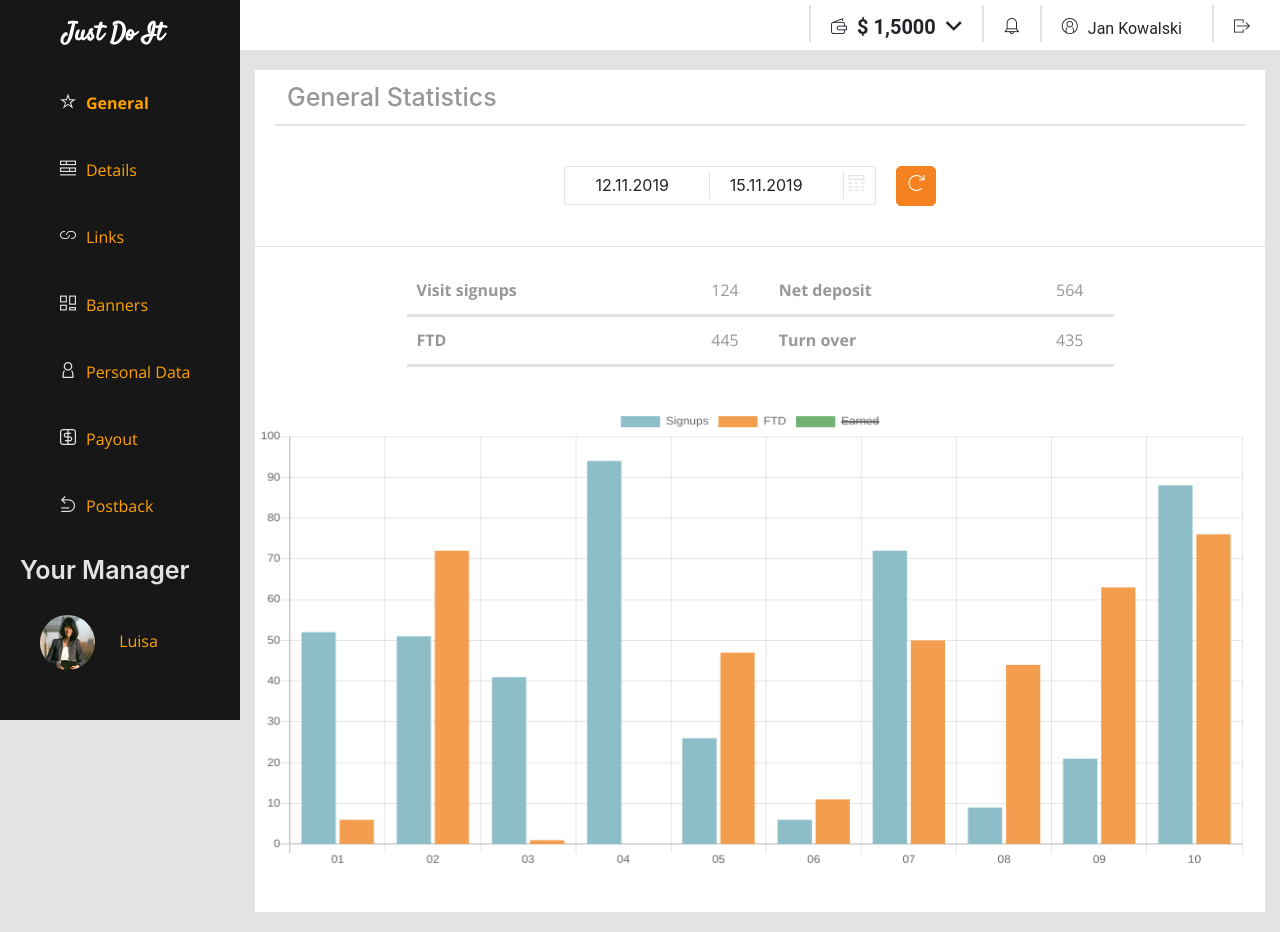
Repository: OllaWilk/wwwJustDoIt
Page: index.html
These files come from the project's save history. The page is drawn as it stood at one moment and after the next save; the edit follows.
The browser window is 1280 px wide. The pictures show the whole page.
Some web libraries are served in a nearby version. The style sheet was rebuilt from its Sass, Less or Tailwind sources for each picture, by a compiler version that may differ from the author's.

Above is the page before, as saved 2019-12-31 13:24:04.

After the next save:
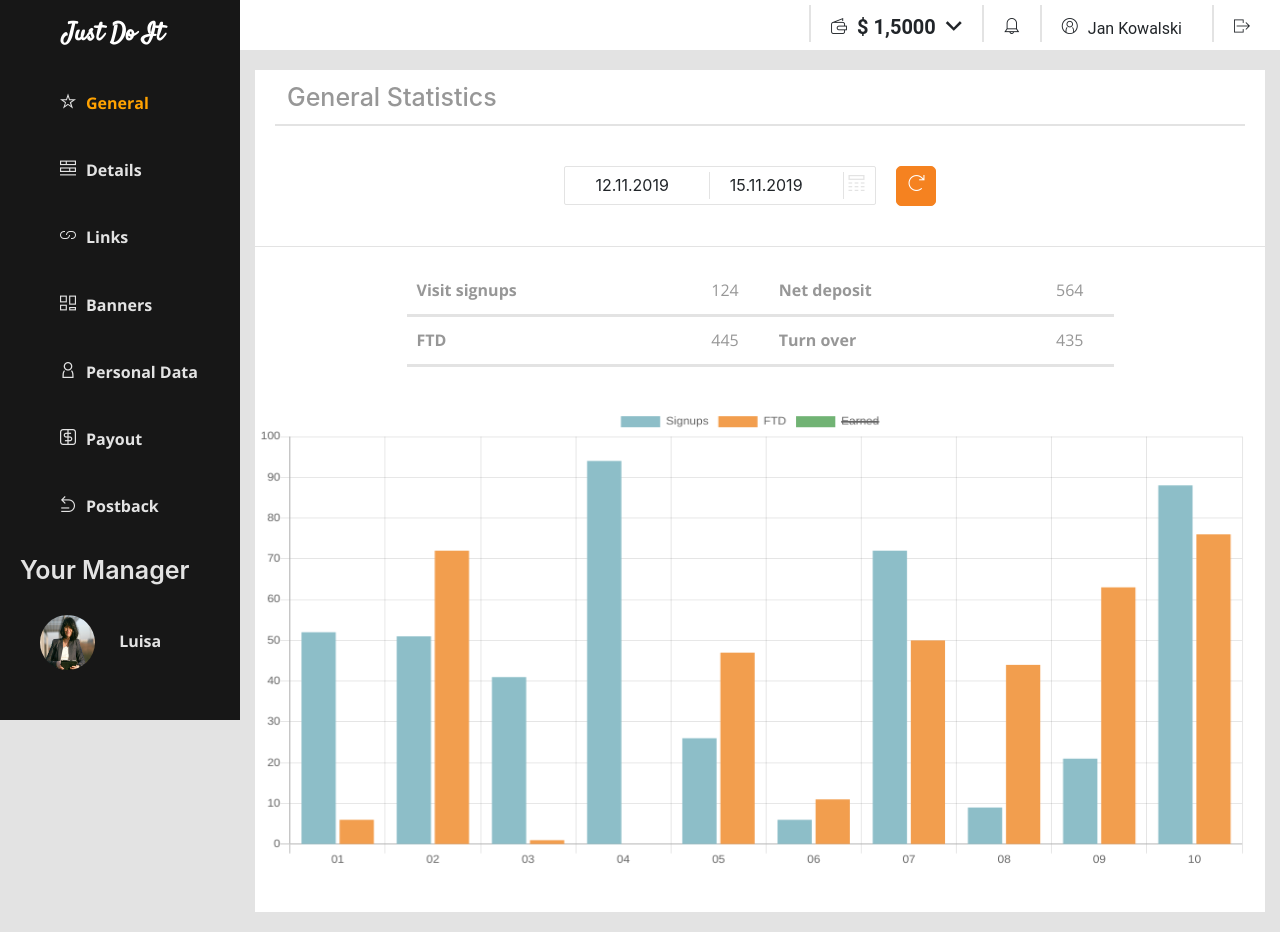
Saved 16 s later.
--- a/sass/sections/_leftNavigtation.scss
+++ b/sass/sections/_leftNavigtation.scss
@@ -48,7 +48,8 @@
     font-size: 16px;
     margin: 0 10px;
     text-decoration: none;
-    color: $color-buttonOrangeLight;
+    font-weight: bold;
+
     &:hover {
         color: $color-background;
         text-decoration: none;
